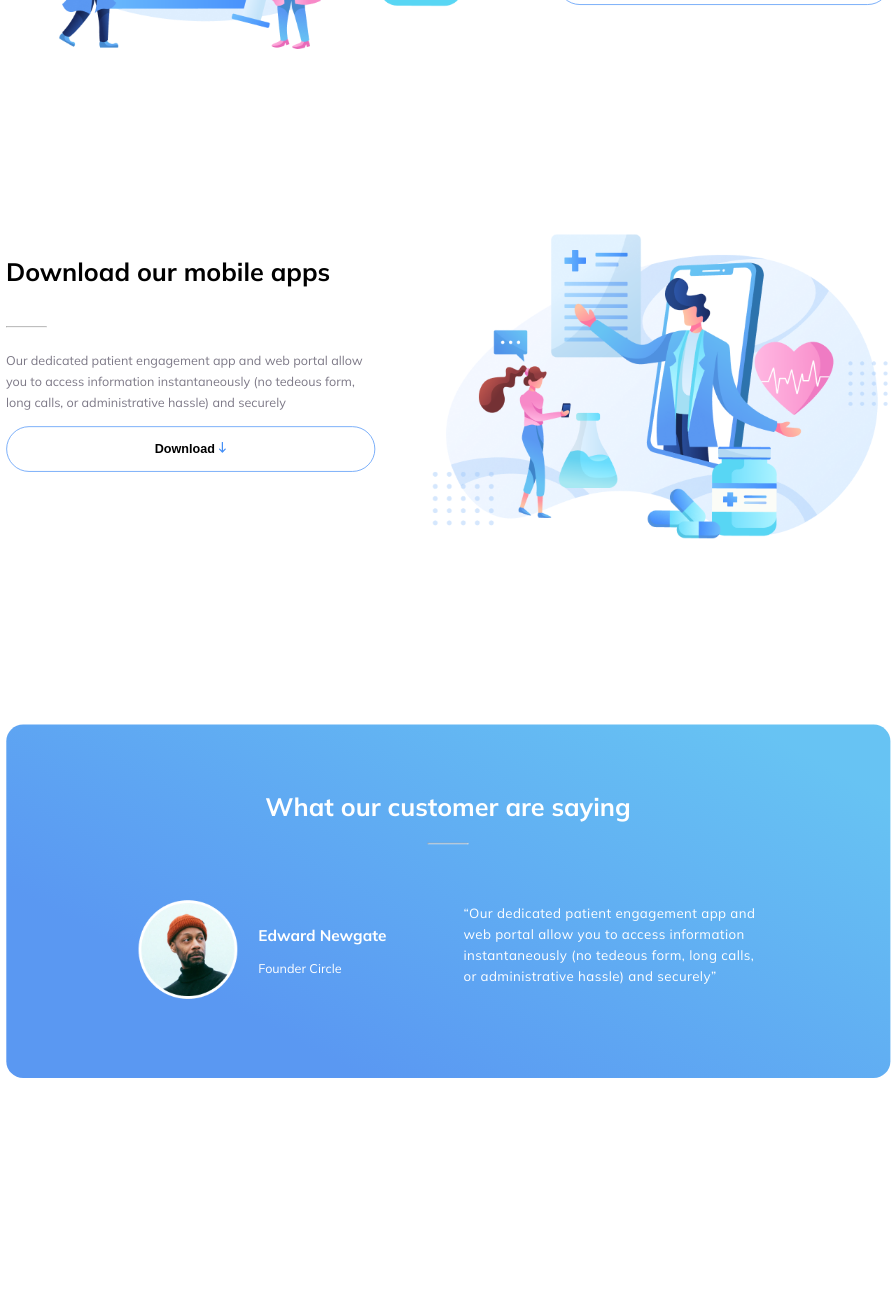
Repository: ivan-developer-01/trafalgar-layout
Page: index.html
An editor plug-in stored every save of this project. The page is shown before and after the next save, followed by the edit.
The browser window is 1280 px wide. The pictures show the part of the page from y = 2610 to 4530 px (the page is 4490 px tall before and 4530 px after), at 70% of full size.

Above is the page before, as saved 2024-11-08 16:24:53.

### index.html
<!DOCTYPE html>
<html lang="en">
<head>
	<meta charset="UTF-8">
	<meta http-equiv="X-UA-Compatible" content="IE=edge">
	<meta name="viewport" content="width=device-width, initial-scale=1.0">
	<title>Trafalgar Services</title>
	<link rel="preconnect" href="https://fonts.googleapis.com">
	<link rel="preconnect" href="https://fonts.gstatic.com" crossorigin>
	<link href="https://fonts.googleapis.com/css2?family=Mulish:ital,wght@0,200;0,300;0,400;0,500;0,600;0,700;0,800;0,900;1,200;1,300;1,400;1,500;1,600;1,700;1,800;1,900&display=swap" rel="stylesheet">
	<link rel="stylesheet" href="style.css">
</head>
<body>
	<header class="header">
		<div class="container">
			<!-- left part -->
			<div>
				<div class="logo">
					<img src="images/logo.png" alt="Trafalgar Logo">
				</div>
			</div>

			<!-- right part -->
			<div>
				<nav>
					<a href="#" class="nav__link nav__link-main">Home</a>
					<a href="#" class="nav__link">Find a doctor</a>
					<a href="#" class="nav__link">Apps</a>
					<a href="#" class="nav__link">Testimonials</a>
					<a href="#" class="nav__link">About us</a>
				</nav>
			</div>
		</div>
	</header>

	<main>
		<section class="main-info">
			<div class="container">
				<!-- left part -->
				<div>
					<h1>Virtual healthcare for you</h1>

					<p>Trafalgar provides progressive, and affordable healthcare, accessible on mobile and online for everyone</p>

					<button class="button round-button bg-blue">Consult today</button>
				</div>

				<!-- right part -->
				<div>
					<img src="images/hero.png" alt="Trafalgar hero image">
				</div>
			</div>

			<div class="overlay"></div>
		</section>

		<section class="our-services">
			<div class="container">
				<h2>Our services</h2>
				<hr>

				<p>We provide to you the best choiches for you. Adjust it to your health needs and make sure your undergo treatment with our highly qualified doctors you can consult with us which type of service is suitable for your health</p>

				<div class="cards">
					<div class="card">
						<img src="images/our-services/cards/search-doctor.svg" alt="Search doctor">
						<h3>Search doctor</h3>
						<p>Choose your doctor from thousands of specialist, general, and trusted hospitals</p>
					</div>
					<div class="card">
						<img src="images/our-services/cards/online-pharmacy.svg" alt="Online pharmacy">
						<h3>Online pharmacy</h3>
						<p>Buy  your medicines with our mobile application with a simple delivery system</p>
					</div>
					<div class="card">
						<img src="images/our-services/cards/consultation.svg" alt="Consultation">
						<h3>Consultation</h3>
						<p>Free consultation with our trusted doctors and get the best recomendations</p>
					</div>
					<div class="card">
						<img src="images/our-services/cards/details-info.svg" alt="Details info">
						<h3>Details info</h3>
						<p>Free consultation with our trusted doctors and get the best recomendations</p>
					</div>
					<div class="card">
						<img src="images/our-services/cards/emergency-care.svg" alt="Emergency care">
						<h3>Emergency care</h3>
						<p>You can get 24/7 urgent care for yourself or your children and your
lovely family</p>
					</div>
					<div class="card">
						<img src="images/our-services/cards/tracking.svg" alt="Tracking">
						<h3>Tracking</h3>
						<p>Track and save your medical history and health data</p>
					</div>
				</div>

				<button class="button round-button">Learn more</button>
			</div>

			<div class="overlay"></div>
			<div class="top-overlay"></div>
		</section>

		<section class="apps">
			<div class="container">
				<div class="flex-two-blocks">
					<!-- left part -->
					<div>
						<div class="image">
							<img src="images/apps/leading-healthcare-providers.png" alt="Leading healthcare providers">
						</div>
					</div>

					<!-- right part -->
					<div>
						<h2>Leading healthcare providers</h2>
						<hr>
						<p>
							Trafalgar provides progressive, and affordable healthcare, accessible on mobile and online for everyone. To us, it’s not just work. We take pride in the solutions we deliver
						</p>

						<button class="button round-button">Learn more</button>
					</div>
				</div>

				<div class="flex-two-blocks">
					<!-- left part -->
					<div>
						<h2>Download our mobile apps</h2>
						<hr>
						<p>
							Our dedicated patient engagement app and web portal allow you to access information instantaneously (no tedeous form, long calls, or administrative hassle) and securely
						</p>

						<button class="button round-button">Download
							<img src="images/arrow-download.svg" alt="Download icon">
						</button>
					</div>

					<!-- right part -->
					<div>
						<div class="image">
							<img src="images/apps/mobile-apps.png" alt="Mobile apps">
						</div>
					</div>
				</div>
			</div>
		</section>

		<section class="reviews">
			<div class="container">
				<h2>What our customer are saying</h2>
				<hr>
				<div class="review-slider">
					<div class="review">
						<div class="review-user">
							<div><img src="images/reviews/avatar-1.png" alt="Avatar" class="avatar"></div>
							<div class="user-credentials">
								<h3>Edward Newgate</h3>
								<span>Founder Circle</span>
							</div>
						</div>

						<div class="review-text">
							<p>
								“Our dedicated patient engagement app and web portal allow you to access information instantaneously (no tedeous form, long calls, or administrative hassle) and securely”
							</p>
						</div>
					</div>
				</div>

				<div class="dots">
					<div class="arrow-left"></div>
					<div class="dot active"></div>
					<div class="dot"></div>
					<div class="dot"></div>
					<div class="dot"></div>
					<div class="arrow-right"></div>
				</div>
			</div>
		</section>
	</main>
</body>
</html>

### style.css
html,
body {
	width: 100vw;
	margin: 0;
	padding: 0;
	font-family: 'Mulish', sans-serif;
}

.container {
	width: 100%;
	max-width: 1263px;
	margin: 0 auto;
}

section hr {
	width: 56px;
	margin-top: 26px;
	margin-bottom: 33px;
}

h1 {
	font-size: 48px;
}

h3 {
	font-size: 24px;
}

p {
	color: #7D7987;
	margin-top: 0;
}

.button {
	/* appearance: none; */
	border: 1px solid #458FF6;
	background: transparent;
	cursor: pointer;
	font-weight: 700;
	font-size: 18px;
	padding: 21px 41px;
}

.button.round-button {
	border-radius: 999px;
}

.bg-blue {
	background-color: #458FF6;
	color: #FFF;
}

/* header */
.header {
	padding-top: 56px;
}

.header .container {
	display: flex;
	justify-content: space-between;
	align-items: center;
}

.header nav {
	display: flex;
	gap: 40px;
	font-size: 18px;
}

.header nav a {
	text-decoration: none;
	color: #8f8a9a;
}

.header .nav__link-main {
	color: #1F1534;
}
/* /header */

/* main-info */
.main-info {
	position: relative;
}

.main-info .overlay {
	position: absolute;
	top: 0;
	left: 0;
	right: 0;
	bottom: 0;
	background-image: url(images/main-info-overlay.png);
	background-repeat: no-repeat;
	z-index: -1;
}

.main-info .container {
	display: flex;
	justify-content: space-between;
	align-items: center;
	gap: 109px;
}

.main-info p {
	font-size: 21px;
	line-height: 32px;
	margin-top: 25px;
	margin-bottom: 45px;
}
/* /main-info */

/* our-services */
.our-services {
	margin-top: 190px;
	position: relative;
}

.our-services .overlay,
.our-services .top-overlay {
	position: absolute;
	right: 0;
	bottom: 0;
	left: 0;
	background-repeat: no-repeat;
	z-index: -1;
	pointer-events: none;
}

.our-services .overlay {
	top: calc(20% - 44px);
	background-image: url(images/our-services/our-services-overlay.svg);
}

.our-services .top-overlay {
	top: 46%;
	left: 76%;
	background-image: url(images/our-services/our-services-top-overlay.svg);
}

.our-services .container {
	text-align: center;
}

.our-services p {
	max-width: 952px;
	margin: 0 auto;
}

.our-services .cards {
	display: grid;
	grid-template-columns: repeat(3, 1fr);
	gap: 34px;
	margin-top: 80px;
	position: relative;
	background: transparent;
}

.our-services .cards .card {
	box-shadow: 10px 40px 50px 0px #E5E9F666;
	/* top right bottom left */
	width: calc(350px - 52px - 36px);
	height: calc(354px - 58px - 47px);
	border-radius: 20px;
	padding: 58px 52px 47px 36px;
	text-align: left;
	background: #FFF;
	z-index: 1;
}

.our-services .cards .card p {
	font-size: 16px;
	line-height: 28px;
}

.our-services .cards .card h3 {
	margin-top: 36.25px;
}

.our-services .button {
	margin-top: 72px;
	color: #458FF6;
	border-width: 1.4px;
	min-width: 200px;
}
/* /our-services */

/* apps */
.apps {
	margin-top: 220px;
}

.apps .container {
	display: grid;
	gap: 265px;
}

.apps .flex-two-blocks {
	display: flex;
}

.apps .flex-two-blocks div {
	display: flex;
	flex-direction: column;
}

.apps .flex-two-blocks h2 {
	font-size: 36px;
}

.apps .flex-two-blocks hr {
	text-align: left;
	width: 56px;
	margin-left: 0;
	margin-right: 0;
}

.apps .flex-two-blocks p {
	font-size: 18px;
	line-height: 30px;
}

.apps .flex-two-blocks:first-child {
	gap: 137px;
}

.apps .flex-two-blocks:last-child {
	gap: 71px;
}
/* /apps */

/* reviews */
.reviews {
	margin-top: 266px;
	margin-bottom: 340px /* *? BUGGY DEBUGGY BIG BUG */;
}

.reviews .container {
	background: linear-gradient(208.18deg, #67C3F3 9.05%, #5A98F2 76.74%);
	color: white;
	text-align: center;
	padding-top: 64px;
	padding-bottom: 109px;
	border-radius: 24px;
}

.reviews hr {
	color: white;
}

.reviews h2 {
	font-size: 36px;
}

.review-slider .review {
	display: flex;
	justify-content: center;
	align-items: center;
	gap: 110px;
	margin-top: 80px;
}

.review-slider .review .review-user {
	display: flex;
	align-items: center;
	justify-content: center;
	gap: 30px;
	text-align: left;
}

.review-slider .review .review-user .user-credentials h3 {
	font-size: 22px;
	margin-top: 0;
}

.review-slider .review .review-user .user-credentials span {
	font-size: 18px;
}

.review-slider .review .review-text {
	text-align: left;
	max-width: 420px;
}

.review-slider .review .review-text p {
	color: white;
	font-size: 19px;
	letter-spacing: 0.6px;
	line-height: 30px;
}

.reviews .dot {
	background: #000;
}
/* /reviews */

After the next save:
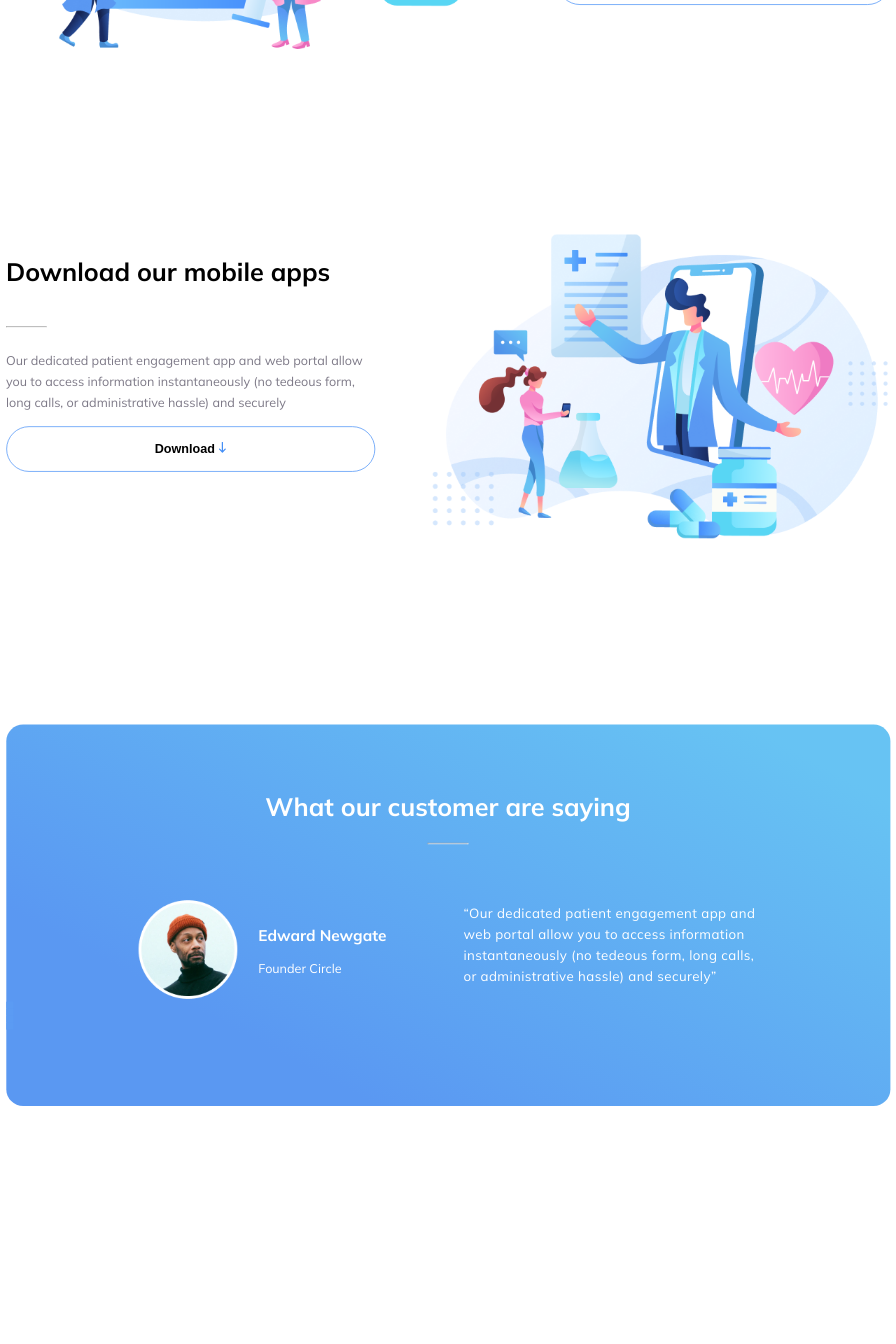
Saved 16 s later.
--- a/style.css
+++ b/style.css
@@ -288,6 +288,9 @@ p {
 }
 
 .reviews .dot {
-	background: #000;
+	background: #5B9BF3;
+	width: 10px;
+	height: 10px;
+
 }
 /* /reviews */
